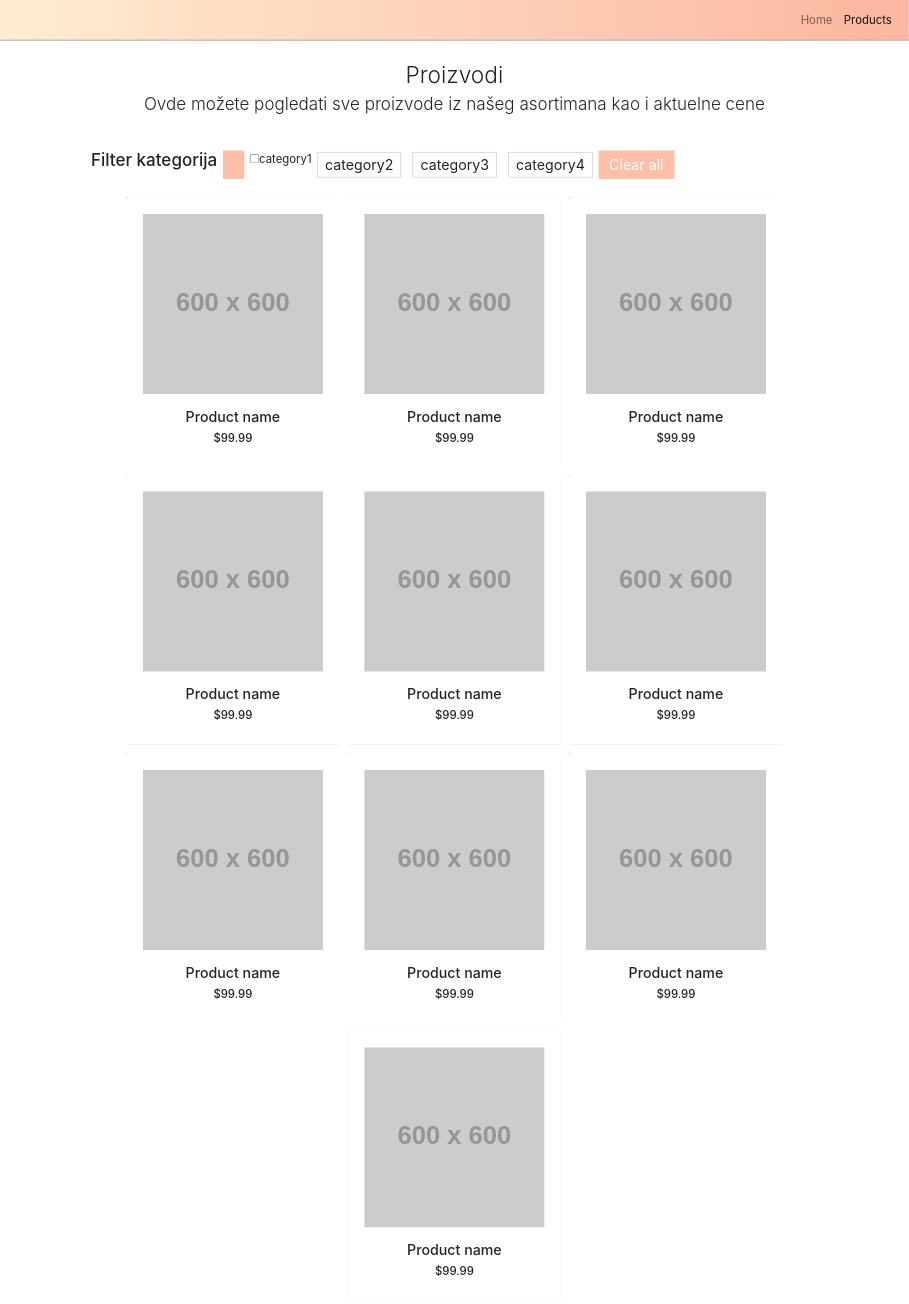
Repository: StevanFilipovic/TemplateForSinglepageWebsite
Page: products.html
An editor plug-in stored every save of this project. The page is shown before and after the next save, followed by the edit.
The browser window is 1280 px wide. The pictures show the whole page, at 71% of full size.
Some web libraries are served in a nearby version.

Above is the page before, as saved 2018-06-15 10:48:00.

After the next save:
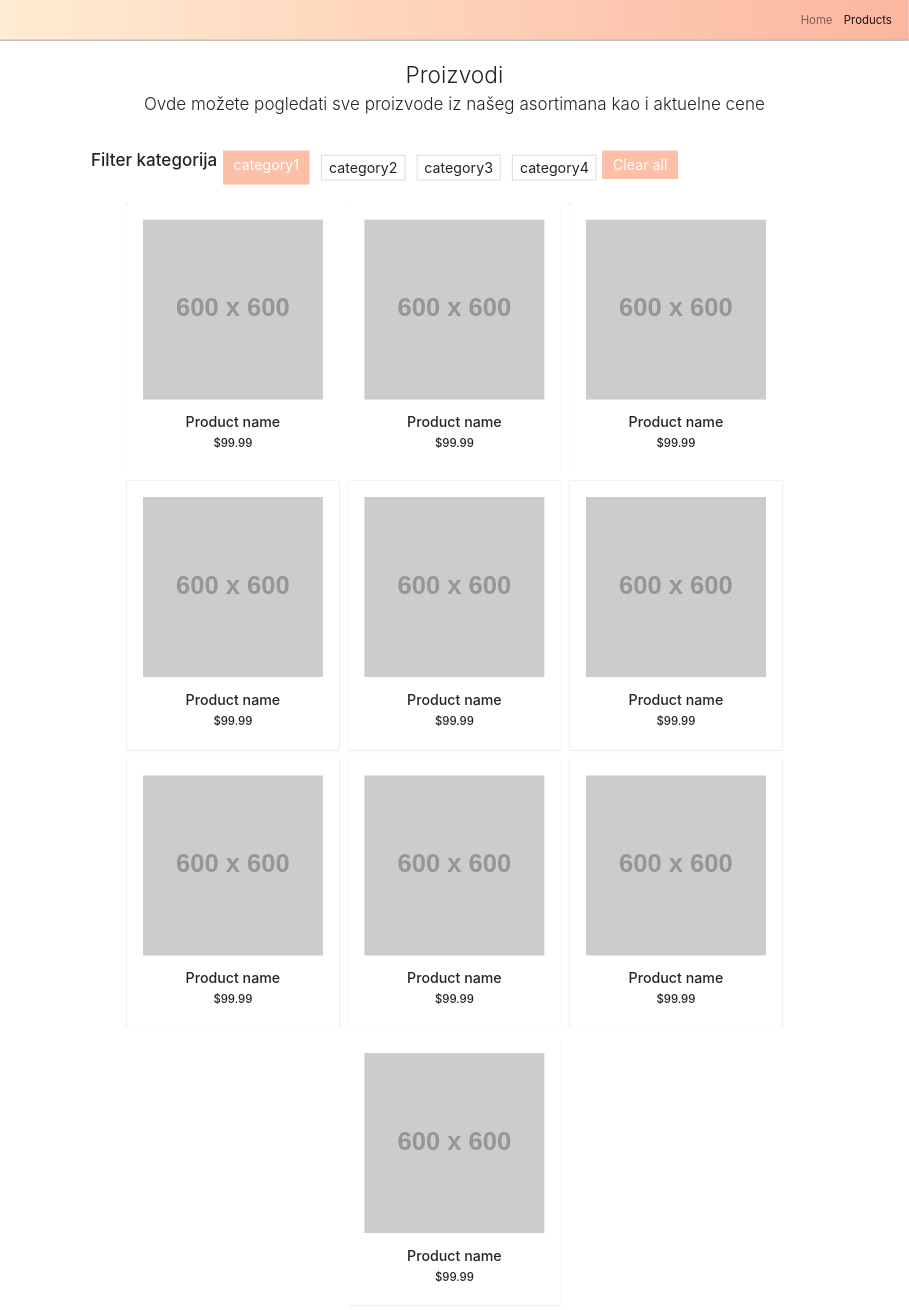
Saved 59 s later.
--- a/products.html
+++ b/products.html
@@ -90,11 +90,12 @@
     <div class="filter-wrapper">
       <h4>Filter kategorija</h4>
 
-        <input type="button" class="filter-container button-clear dugme">
+        <div class="filter-container button-clear dugme">
       <label >
           <input type="checkbox" name="colour" id="category1" value="category1" ><span class="filters-title">category1</span></input>
       </label>
-    </input>
+    </div>
+
       <label class="filter-container"><input type="checkbox" name="colour" id="category2" value="category2"><span class="filters-title">category2</span></input></label>
       <label class="filter-container"><input type="checkbox" name="colour" id="category3" value="category3"><span class="filters-title">category3</span></input></label>
       <label class="filter-container"><input type="checkbox" name="colour" id="category4" value="category4"><span class="filters-title">category4</span></input></label>

After the save that followed:
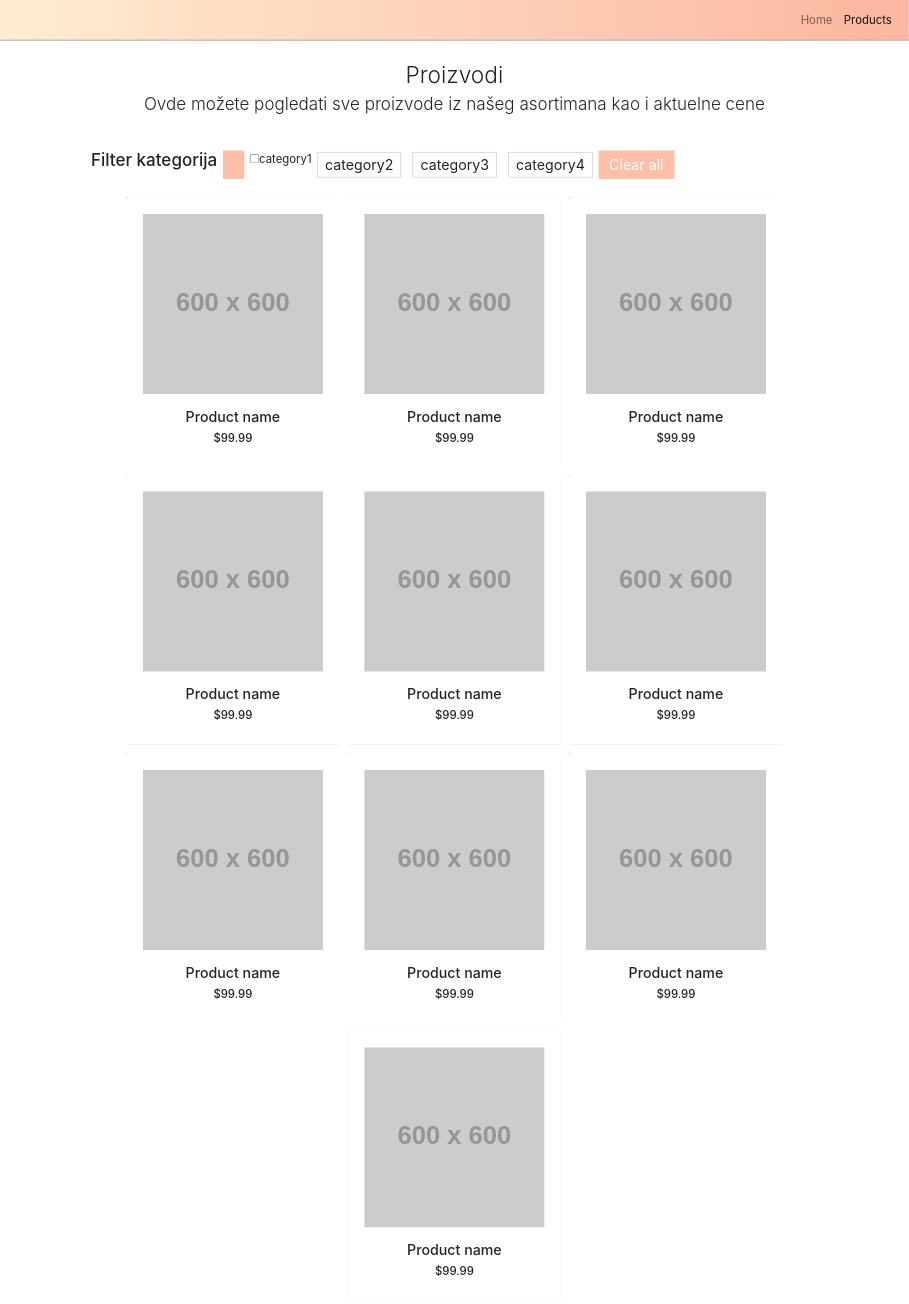
Saved 15 s later.
--- a/products.html
+++ b/products.html
@@ -90,11 +90,11 @@
     <div class="filter-wrapper">
       <h4>Filter kategorija</h4>
 
-        <div class="filter-container button-clear dugme">
+        <input type="button" class="filter-container button-clear dugme">
       <label >
           <input type="checkbox" name="colour" id="category1" value="category1" ><span class="filters-title">category1</span></input>
       </label>
-    </div>
+    </input>
 
       <label class="filter-container"><input type="checkbox" name="colour" id="category2" value="category2"><span class="filters-title">category2</span></input></label>
       <label class="filter-container"><input type="checkbox" name="colour" id="category3" value="category3"><span class="filters-title">category3</span></input></label>
